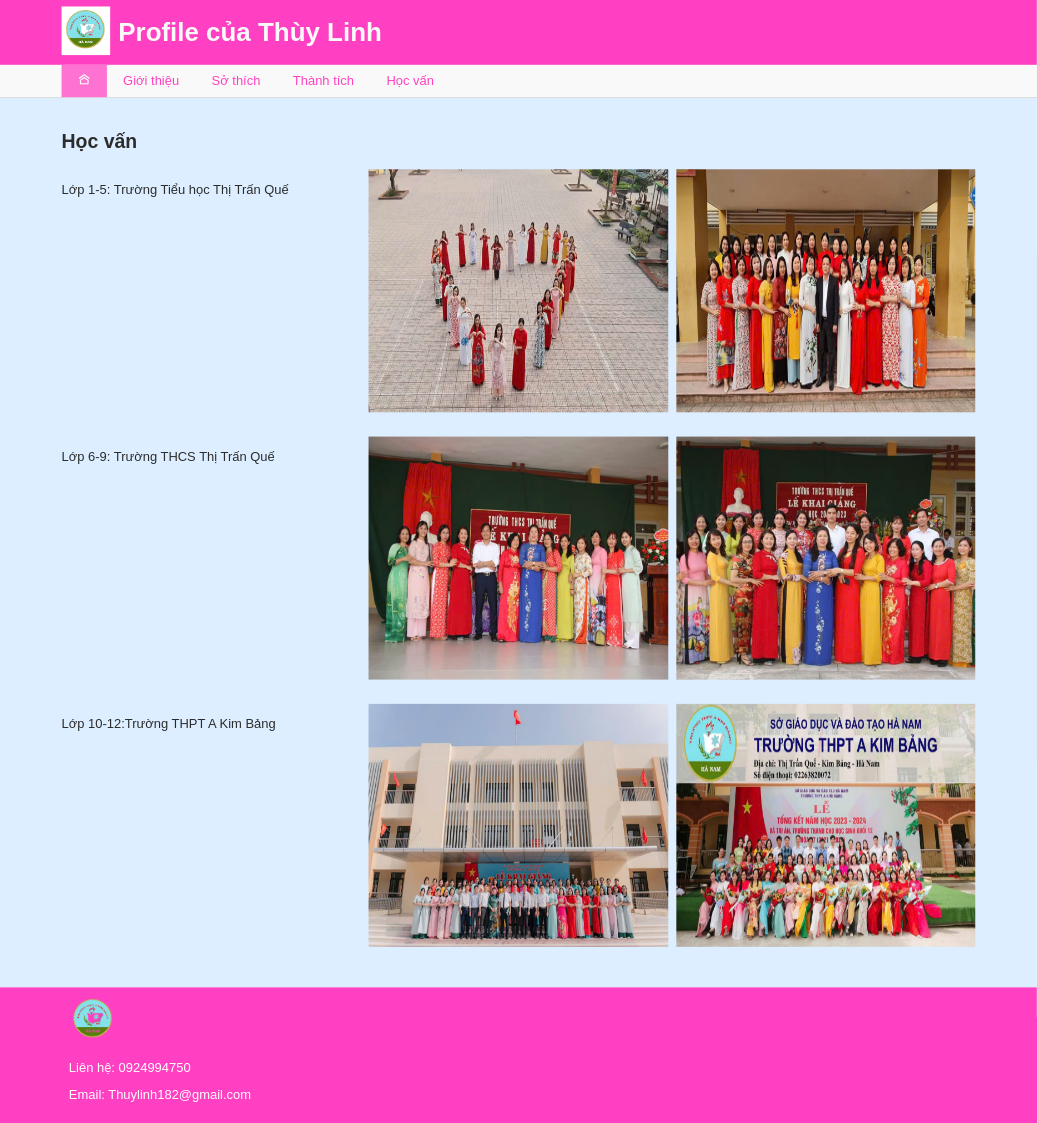
Repository: DucLong-PD07979/profile-vu-thuy-linh
Page: hoc-van.html
These files come from the project's save history. The page is drawn as it stood at one moment and after the next save; the edit follows.
The browser window is 1280 px wide. The pictures show the whole page, at 81% of full size.

Above is the page before, as saved 2025-03-13 22:19:03.
Not found: script.js

After the next save:
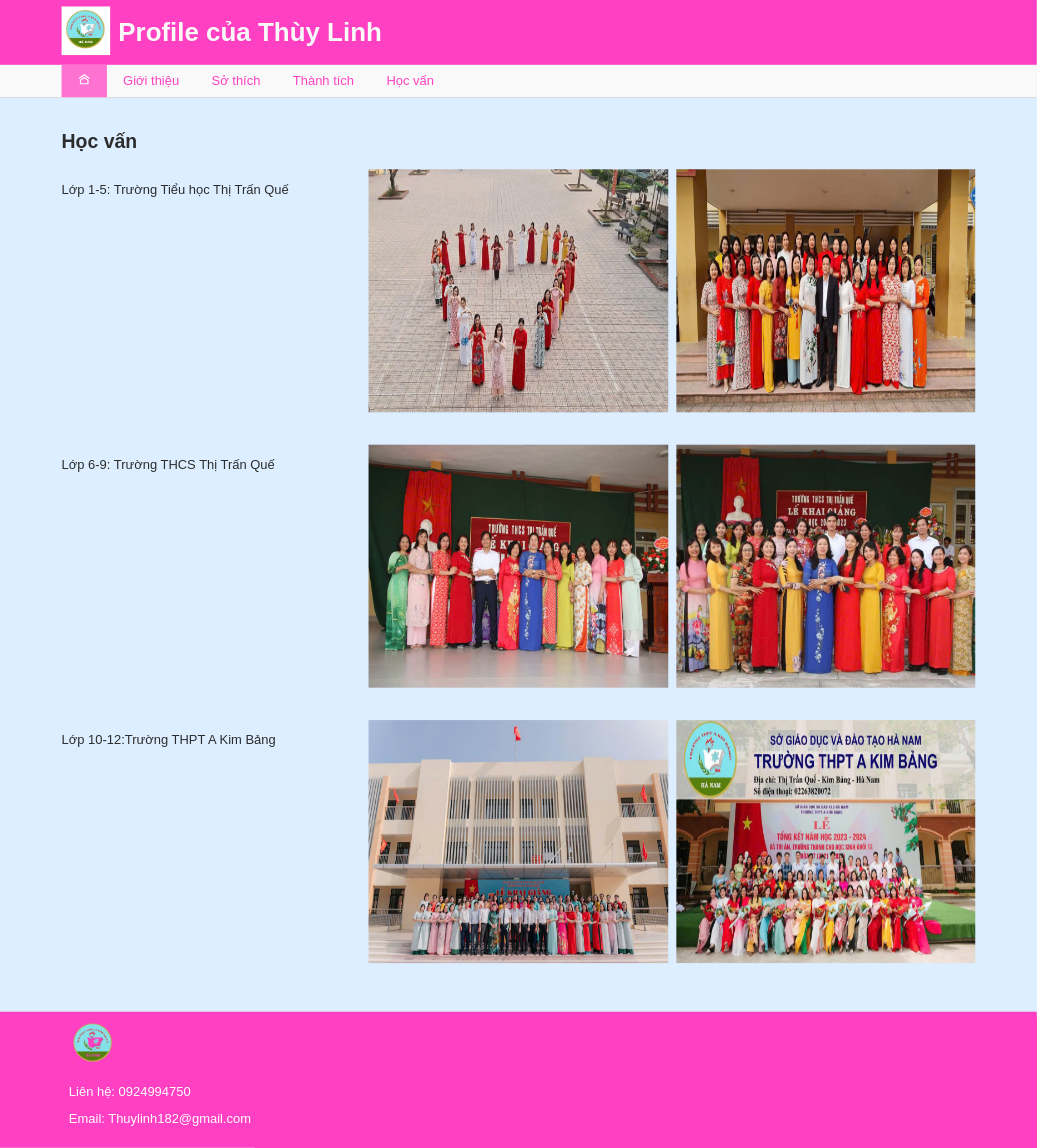
Saved 7 s later.
--- a/css/main.css
+++ b/css/main.css
@@ -228,7 +228,7 @@ nav ul li:hover .menu-children {
     display: grid;
     grid-template-columns: 1fr 1fr 1fr;
     gap: 10px;
-    margin-bottom: 30px;
+    margin-bottom: 40px;
 }
 
 .education-section-content .box img {
